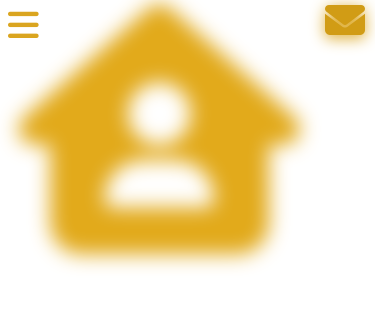
Repository: Newtins1/Newtins-ritys
Page: index.html
The author's editor kept a copy of each file at every save. The page is drawn from the files as they stood at one save, then again after the next save.
The browser window is 375 px wide. The pictures show the whole page.

Above is the page before, as saved 2025-08-25 08:44:42.

### index.html
<!DOCTYPE html>
<html>
    <head>
        <title></title>
        <meta charset="UTF-8">
        <meta name="viewport" content="width=device-width, initial-scale=1.0">
        <link rel="stylesheet" href="fishing.css">
        <link rel="stylesheet" href="css/all.min.css">
    </head>

    <body class="main-body">
            <!--HOME========NAVIGATOR=========MENUS==================================-->
            <div class="navigators">
                <i class="fa-solid fa-house-user" id="house" onclick="dashboard()"></i>
                <i class="fa-solid fa-bars" id="first-bar"></i>
                <i class="fa-solid fa-envelope" id="Envelop"></i>
            </div>

             <!--SUPPORT===========NAVIGATION========================MENUS=============-->
            <div class="support" style="font-family: sans-serif;">

                <div class="content-board">
                    <i class="fa-solid fa-arrow-left" id="return" onclick="returndashboard()"></i>


                        <div class="content">
                            <div class="content-conten">
                                <h2>Contact US</h2>
                                <h4>Any questions or remarks? Just write us a message!</h4><br>

                                <div class="first-area">
                                    Email<br>
                            <input type="email" class="email-input" placeholder="Enter a valid email address">
                                </div>

                                <div class="second-area">
                                    Name<br>

                                    <input class="name-input" type="text" placeholder="Enter your name">
                                </div>
                                <button class="submit-button" type="submit">Submit</button>
                            </div>

                                <div class="box-pad">

                                    <i class="fa-brands fa-instagram" id="social"></i>
                                    <i class="fa-brands fa-twitter" id="twatter"></i>
                                    <i class="fa-brands fa-facebook" id="fabook"></i>
                                    <i class="fa-brands fa-whatsapp" id="watapp"></i>
                                    <i class="fa-brands fa-youtube" id="yatube"></i>


                                    <div class="box-pad-2">
                                        <i class="fa-solid fa-user" id="standard"><p id="writing">ABOUT CLUB<br>Running guide workouts</p></i>
                                    <i class="fa-solid fa-location-dot" id="organize">
                                        <p id="writing">OUR OFFICE LOCATION
                                    The interior design studio company</p></i>
                                    <i class="fa-solid fa-phone-flip" id="stable"><p id="writing">PHONE(LANDLINE)<br>09020378076</p></i>
                                    </div>
                            </div>
                            </div>

        <!--=============Social================================media=====================reach=====Area=====-->

                    </div>
                </div>


            <!--BODY===================SECTION====================================-->



                <div class="booster">
                    <i class="fa-solid fa-xmark" id="second-bar"></i>
                    <nav>
                        <a href="">About</a>
                        <a href="">Apply</a>
                        <a class="link-to-support" onclick="linktosupport()">Support</a>
                        <a onclick="logindashboard()">Login</a>
                    </nav>
                </div>
            <div class="open">
                <i class="fa-solid fa-arrow-left" id="left-arrow" onclick="leftarrow()"></i>
                <div class="details">
                    <img class="site" src="images/site.png">
                    <div class="horizontal"></div>
                    <input id="vision-1" class="vision" type="email" placeholder="Email">
                    <input id="vision-2" class="vision" type="number" placeholder="Phone number">
                    <input id="vision-3" class="vision" type="textarea" placeholder="Address 1">
                    <input id="vision-4" class="vision" type="textarea" placeholder="Address 2">
                    <input id="vision-5" class="vision" type="number" placeholder="Ssn">
                    <input id="vision-6" class="vision" type="password" placeholder="password">
                    <input id="vision-7" class="vision" type="password" placeholder="Confirm password">
                    <button id="click" type="submit">Submit</button>

                </div>
            </div>

<!--===============LOGIN========================SECTION====================-->

            <div class="login">
                 <i class="fa-solid fa-arrow-left" id="revise" onclick="revise()"></i>
                <div class="login-block">
                    <div class="login-2">
                        <div class="login-block-3">
                            <div class="boxes">
                                <input class="columns" type="text" placeholder="&nbsp; &nbsp; &nbsp; Username/Email" required><br>
                                <input class="columns" type="password" placeholder="&nbsp; &nbsp; &nbsp;password" required><br>
                                <button class="columns-button" type="submit"> SIGN IN</button><br><br>
                                <p class="text-writing">Forgot the password? &nbsp; <a class="other-link" onclick="">Click here</a></p>
                            </div>
                        </div>

                    </div>
                    <div class="line-breaker"></div>
                </div>
            </div>

        <script src="fishing.js"></script>
    </body>
</html>

### fishing.css



.main-body {
    background: linear-gradient(rgba(2, 2, 7, 0.7)), url("images/site.jpg");
    margin: 0;
    padding: 0;
    box-sizing: border-box;
    display: flex;
    height: 800px;
    background-attachment: fixed;
    background-size: cover;
    background-position: center;
}

.main-body.hide {
    display: none;
}

.vision {
    width: 300px;
    height: 37px;
    margin-bottom: 20px;
    border-radius: 7px;
}

#vision-1 {
    margin-top: 260px;
}

#click {
    width: 120px;
    height: 37px;
    border-radius: 5px;
    background-color: rgb(20, 2, 20);
    box-shadow: 0px 3px 12px goldenrod;
    text-shadow: 1px 3px 6px rgb(57, 88, 10);
    color: #fff;
    font-weight: 650;
}

#click:hover {
    background-color: goldenrod;
    color: #000;
    font-weight: 700;
    transition: 0.3s;
    box-shadow: 0px 3px 12px goldenrod;
}

.horizontal {
    width: 700px;
    height: 2px;
    position: absolute;
    top: 250px;
    background-color: rgb(167, 133, 47);
    box-shadow: 0px 2px 12px goldenrod;
}

.site {
    margin-top: 15px;
    width: 460px;
    height: 180px;
    position: absolute;
    top: 20px;
    border-radius: 15px;
    opacity: 0.65;
    box-shadow: 0px 3px 10px goldenrod;
}


.site:hover {
    opacity: 1;
    box-shadow: 0px 3px 12px rgb(209, 156, 21);
}

#first-bar {
    color: goldenrod;
    font-size: 35px;
    position: absolute;
    left: 8px;
    top: 8px;
}

#first-bar:hover {
    box-shadow: 1px 3px 20px goldenrod;
    position: absolute;
    padding: 1px;
    transition: 0.3s;
}


nav a {
    display: flex;
    flex-direction: column;
    color: goldenrod;
    font-family: sans-serif;
    font-weight: 650;
    outline-style: none;
    text-decoration: none;
    margin-top: 40px;
    margin-left: 40px;
}

a:hover {
    text-shadow: 1px 2px 12px goldenrod;
    transition: 0.2s;
}

#second-bar {
    font-size: 40px;
    color: goldenrod;
    position: absolute;
    left: 25vh;
    top: 1vh;
}

#second-bar:hover {
    box-shadow: 0px 3px 12px goldenrod;
    transition: 0.2s;
}
/*==========Home============icon=================blink*/

#house {
    animation: blink 0.4s infinite;
}
@keyframes blink {
    0%, 100% {
        opacity: 1;
    }
    50% {color: #080707;}
}


#house {
    color: goldenrod;
    font-size: 250px;
    position: fixed;
    left: 510px;
    top: 240px;
    text-shadow: 0px 5px 20px rgb(226, 170, 27);
}
#house:hover {
    box-shadow: 0px 3px 15px 5px rgb(209, 156, 21);
    background-color: rgb(209, 156, 21, 0.2);
    text-shadow: 0px 3px 12px rgb(209, 156, 21);
    border-radius: 20px;
    transition: 0.2s ease-out;
    animation: none;
    opacity: 1;
}

#Envelop {
    color: rgb(209, 156,21);
    font-size: 40px;
    position: absolute;
    right: 10px;
    text-shadow: 0px 3px 15px goldenrod;
    animation: blink 1s infinite;
}

#Envelop:hover {
    animation: none;
    opacity: 1;
    color: #000;
    text-shadow: 0px 3px 15px gold;
}



#left-arrow {
    animation: blink 1s infinite;
}
@keyframes blink {
    0%, 100% {opacity: 1; }
    50% {color: transparent; }
}

#left-arrow:hover {
    animation: none;
    opacity: 1;
}


#left-arrow:hover {
    background-color: rgb(209, 156, 21);
    transition: 0.2s;
    color: #000;
    border: 0.5px solid rgb(219, 159, 6);
    box-shadow: 0px 3px 15px rgb(209, 156, 21);
}

.navigators.show {
    display: block;
}



/*===========box===2==============section===*/
#standard, #stable, #organize {
  color: aqua;
  text-shadow: 0px 5px 15px goldenrod ;
}

#standard, #stable:hover, #organize:hover {
    color: gold;
    text-shadow: 0px 5px 15px #000;
    transition: 0.2s;
}

#standard {
    position: absolute;
    font-size: 100px;
    top: -8vh;
    left: 530px;
    color: red;
}
#standard:hover {
    color: #000;
    text-shadow: 0px 5px 15px gold;
    transition: 0.2s;
}

#stable {
    position: absolute;
    font-size: 100px;
    top: -9vh;
    color: aqua;
    right: 80px;
}
#organize {
    position: absolute;
    font-size: 110px;
    top: -10.5vh;
    color: aqua;
    left: 80px;
}

/*=====Socials===================Section========*/
#twatter {
    color: blue;
    font-size: 40px;
    position: absolute;
    bottom: 50px;
    left: 380px;
    text-shadow: 0px 3px 12px rgb(64, 126, 241);
}
#twatter:hover {
text-shadow: 0px 3px 15px rgb(38, 5, 156);
}

#social {
    color: rgb(218, 19, 52);
    font-size: 40px;
     position: absolute;
    bottom: 50px;
    right: 600px;
    text-shadow: 0px 3px 12px rgb(226, 13, 66);
}

#social:hover {
text-shadow: 0px 3px 15px rgb(143, 12, 40);
}

#fabook {
 color: rgb(31, 31, 139);
 font-size: 40px;
  position: absolute;
    bottom: 50px;
    left: 100px;
    text-shadow: 0px 3px 12px rgb(11, 14, 160);
}

#fabook:hover {
text-shadow: 0px 3px 15px rgb(5, 6, 80);
}

#watapp {
 color: rgb(1, 51, 10);
 font-size: 40px;
  position: absolute;
    bottom: 50px;
    right: 340px;
    text-shadow: 0px 3px 12px rgb(4, 105, 4);
}
#watapp:hover {
text-shadow: 0px 3px 15px rgb(5, 68, 5);
}

#yatube {
color: rgb(248, 1, 22);
 font-size: 40px;
  position: absolute;
    bottom: 50px;
    right: 50px;
    text-shadow: 0px 3px 12px rgb(212, 16, 16);
}

#yatube:hover {
    text-shadow: 0px 3px 15px rgb(129, 3, 14);
}

/*====Input=====Section================*/
.first-area {
    position: absolute;
    right: 2vh;
    color: #bb0606;
    font-weight: 700;

}

.first-area .email-input {
    width: 300px;
    height: 50px;
    border-radius: 20px;
    border: 3px solid red;

}

.second-area {
        color: #bb0606;
        font-weight: 700;

}

.second-area .name-input {
    position: absolute;
    width: 300px;
    height: 50px;
        border: 3px solid red;
    border-radius: 20px;

}

.submit-button {
    width: 46rem;
    height: 60px;
    position: absolute;
    background-color: #fc0101;
    border-radius: 30px;
    top: 60vh;
    left: 0.5vh;
    color: #fff;
    font-size: 30px;
    box-shadow: 1px 2px 30px 12px rgb(3, 7, 3);
}
.submit-button:hover {
    background-color: rgb(209, 156, 21);
    box-shadow: 1px 3px 30px 12px #000;
}

.content input {
    color: #bb0606;
}

/*Writing=====================Zone==============*/
#writing {
    position: absolute;
    font-size: 15px;
    left: 0;
    color: #000;
    font-family: sans-serif;
}
#return {
    color: #050404;
     position: absolute;
     font-size: 40px;
     padding: 6px;
     left: -2vh;
     top: 1vh;
     background-color: #fc0101;
     border-radius: 15px;
     text-shadow: 0px 3px 5px goldenrod;
     box-shadow: 0px 3px 15px 5px gold;
}

#return:hover {
    color: #fc0303;
    box-shadow: 0px 3px 15px 5px gold;
    background-color: #000;
    transition: 0.2s;
}

/*=========SUPPORT===============CONTENT===================AREA===========*/

.support {
    width: 100%;
    height: 1000px;
    position: absolute;
    background: linear-gradient(#000, rgb(209, 156, 21, 0.5), rgb(8, 8, 8, 0.5));
    background-size: cover;
    background-attachment: fixed;
    overflow: hidden;
    max-height: 0;
    opacity: 0;
    display: flex;
    flex-direction: column;
    justify-content: space-between;
    transition: max-height 2s ease, opacity 2s ease;
}
.content-board {
    opacity: 0;
    transform: translateX(20px);
    transition: opacity 1s ease, transform 1s ease;
}

.support.active {
    max-height: 1000px;
    opacity: 1;
}
.support.active .content-board {
    opacity: 1;
}

.box-pad {
    position: absolute;
    height: 300px;
    width: 100%;
    background: linear-gradient(rgb(19, 7, 10), #000);
    box-shadow: 0px 3px 15px rgb(10, 10, 10);
    border: 0.2px solid goldenrod;
    border-left: none;
    border-right: none;
    border-radius: 2px;
    bottom: -155vh;
    left: -3.5vh;
}

.box-pad-2 {
    width: 90%;
    height: 200px;
    background-color: gray;
    position: absolute;
    box-shadow: 0px 3px 15px rgb(209, 156, 21);
    border-radius: 20px;
    left: 9.5vh;
    bottom: 30vh;
}
.content .content-conten {
    position: absolute;
    left: 40vh;
    top: 8vh;
    color: #fc0303;
    font-size: 30px;
    text-shadow: 0px 1px 20px #fc0303;
}

.booster {
    width: 200px;
    height: 1000px;
    position: absolute;
    background-color: rgb(3, 3, 12);
    box-shadow: 0px 3px 12px goldenrod;
    transition: max-width 1s ease, opacity 1s ease;
    max-width: 0;
    overflow: hidden;
    opacity: 0;

}

.booster.show {
    max-width: 200px;
    opacity: 1;
}


.open {
    height: 900px;
    width: 1000px;
    position: absolute;
    overflow: hidden;
    max-height: 0;
    transition: max-height 1s ease, opacity 3s ease;
    opacity: 0;

}
.open.active {
    opacity: 1;
    max-height: 1000px;
}
.details {
    background: linear-gradient(rgba(2, 2, 10, 0.5));
    width: 700px;
    height: 780px;
    display: flex;
    position: absolute;
    flex-direction: column;
    left: 300px;
    top: 100px;
    align-items: center;
    border-radius: 20px;
    box-shadow: 0px 3px 8px goldenrod;
}

#left-arrow {
    color: rgb(209, 156, 21);
    position: absolute;
    left: 5px;
    padding: 6px;
    border-radius: 15px;
    top: 5px;
    background-color: #000;
    border: 0.1px solid rgb(219, 159, 6);
    font-size: 40px;
    box-shadow: 0px 3px 15px rgb(209, 156,21);
}

.login {
    width: 100%;
    height: 1000px;
    background-color: rgb(8, 1, 8);
    position: absolute;
    left: 0;
    right: 0;
    font-family: Arial, Helvetica, sans-serif;
    color: goldenrod;
    font-weight: 700;
    opacity:0;
    overflow: hidden;
    max-width: 0;
    transition: max-width 1s ease, opacity 2s ease;
}

.login.active {
    max-width: 100%;
    opacity: 1;
}

.login-2 {
    width: 50%;
    height: 500px;
    position: absolute;
    background-color: rgb(214, 161, 26, 0.8);
    right: 50vh;
    top: 13vh;
    border-radius: 90px;
    box-shadow: 0px 3px 18px 5px rgb(209, 156, 21);
    text-shadow: 0px 3px 12px rgb(8, 8, 8);
    color: #000;
}

.login-block-3 {
    width: 70%;
    height: 300px;
    position: absolute;
    background-color: rgb(24, 19, 6, 0.9);
    text-align: center;
    left: 14.5vh;
    top: 14vh;
    box-shadow: 0px 3px 20px 2px rgb(14, 13, 11);
    border-radius: 60px;
}

#revise {
     position: absolute;
    left: 7px;
    padding: 3px;
    border-radius: 15px;
    top: 7px;
    background-color: #000;
    border: 0.1px solid rgb(219, 159, 6);
    font-size: 40px;
    box-shadow: 0px 3px 15px rgb(209, 156,21);
    animation: blink 1s infinite;
}
@keyframes blink {
    0%, 100% {opacity: 1; }
    50% {color: transparent;}
}

#revise:hover {
     background-color: rgb(209, 156, 21);
    transition: 0.2s;
    color: #000;
    border: 0.5px solid rgb(219, 159, 6);
    box-shadow: 0px 3px 15px rgb(209, 156, 21);
    animation: none;
    opacity: 1;
}

.login-block {
    width: 50%;
    height: 1000px;
    background-color: rgb(8, 8, 8);
}

.line-breaker {
    width: 1px;
    height: 1000px;
    background-color: rgb(71, 51, 1);
    margin-left: 100vh;
}

/*.main-body-2 {
    display: none;
}*/

.columns {
    width: 250px;
    height: 30px;
   border-radius: 10px;
   margin-top: 10px;
   border: none;
}
.columns-button {
    width: 258.5px;
    height: 30px;
    border-radius: 10px;
    margin-top: 10px;
    border: none;
    font-weight: 700;
    font-family: 'Lucida Sans', 'Lucida Sans Regular', 'Lucida Grande', Verdana, sans-serif;
    background-color: rgb(247, 184, 25);
    box-shadow: 0px 3px 20px 6px #000;
}
.text-writing {
    color: #c4a8a8;
}
.other-link {
    color: #fff;
    text-decoration: none;
}

.boxes {
    position: absolute;
    top: 10vh;
    left: 15vh;
}
@media (max-width: 480px) {
    .main-body {
        flex-direction: column;
        height: auto;
        background-size: cover;
    }
    .site {
        width: 90%;
        height: auto;
        margin: 10px auto;
        top: 10px;
        position: relative;
    }
    #house {
        font-size: px;
        left: 5%;
        top: 10%;
        position: relative;
    }

    .booster {
        width: 100%;
        height: auto;
        max-width: 100%;
        left: 0;
        top: 60px;
    }
}

### fishing.js

let booster = document.querySelector('.booster');
let firstbar = document.querySelector('#first-bar');
let secondbar = document.querySelector('#second-bar');

firstbar.addEventListener('click', function() {
  booster.classList.add('show');
});

secondbar.addEventListener('click', function() {
    booster.classList.remove('show');
});

//Open =====Section===========================Dashboard//

function dashboard(){
const open = document.querySelector('.open');
const navies = document.querySelector('.navigators');

open.classList.add('active');
navies.style.display = "none";
document.querySelector('.booster').classList.remove('show');
};

function leftarrow() {

  document.querySelector('.open').classList.remove('active');
  document.querySelector('.navigators').style.display = "block";
}
//===================================================================//

//========list====================section======================//

function linktosupport() {
  const support = document.querySelector('.support');

  support.classList.add('active');
};

function returndashboard() {
  const support = document.querySelector('.support');

  support.classList.remove('active');
}
//===============================================================//

//=========LOGIN================INTERFACE========//
function logindashboard() {
  const login = document.querySelector('.login');

 login.classList.add('active');
}

function revise() {
 document.querySelector('.login').classList.remove('active');
}

Loaded but not shown: css/all.min.css (library)

After the next save:
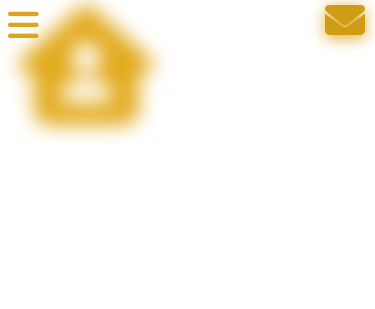
Saved 5 s later.
--- a/fishing.css
+++ b/fishing.css
@@ -639,7 +639,7 @@
         position: relative;
     }
     #house {
-        font-size: px;
+        font-size: 120px;
         left: 5%;
         top: 10%;
         position: relative;
